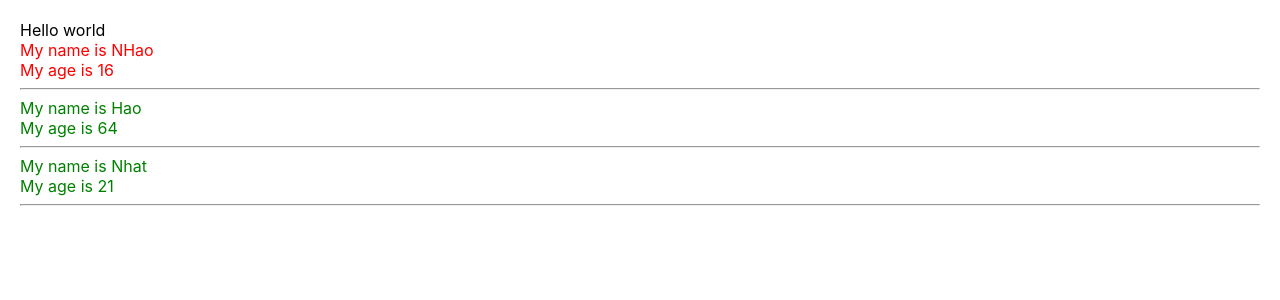
Repository: haonguyen09/reactProject
Page: /
These files come from the project's save history. The page is drawn as it stood at one moment and after the next save; the edit follows.
The browser window is 1280 px wide. The pictures show the whole page.
The project was rebuilt for these pictures with package versions that can differ from the ones it lists, and the page was loaded fresh each time.

Above is the page before, as saved 2023-08-01 16:12:01.

After the next save:
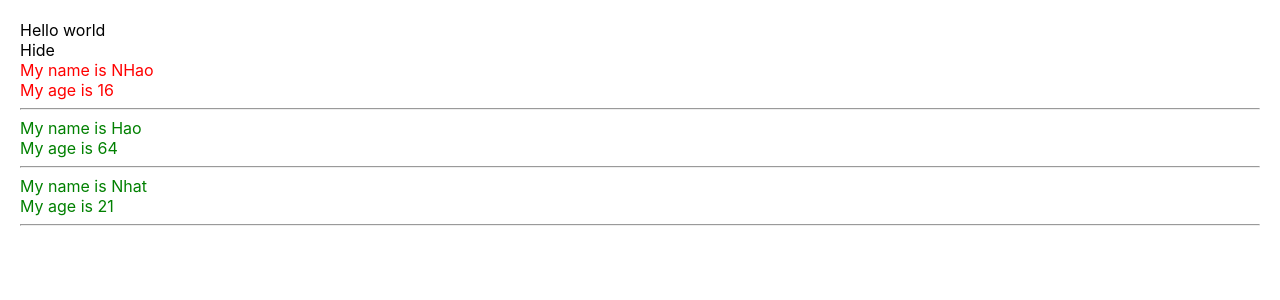
Saved 3 min 44 s later.
--- a/src/components/MyInfo.js
+++ b/src/components/MyInfo.js
@@ -12,18 +12,23 @@ class MyInfo extends React.Component {
 
 
             <div>
+                <div>
+                    <span>Hide</span>
+                </div>
 
-                {
-                    listUsers.map((user) => {
-                        return (
-                                <div key ={user.id} className={user.age > 18 ? "green" : "red"}>
-                                    <div>My name is {user.name}</div>
-                                    <div>My age is {user.age }</div>
-                                    <hr/>
-                                </div>
-                            )
-                })}
+                <div>
+                    {
+                        listUsers.map((user) => {
+                            return (
+                                    <div key ={user.id} className={user.age > 18 ? "green" : "red"}>
+                                        <div>My name is {user.name}</div>
+                                        <div>My age is {user.age }</div>
+                                        <hr/>
+                                    </div>
+                                )
+                    })}
 
+                </div>
             </div>
         )
     }
